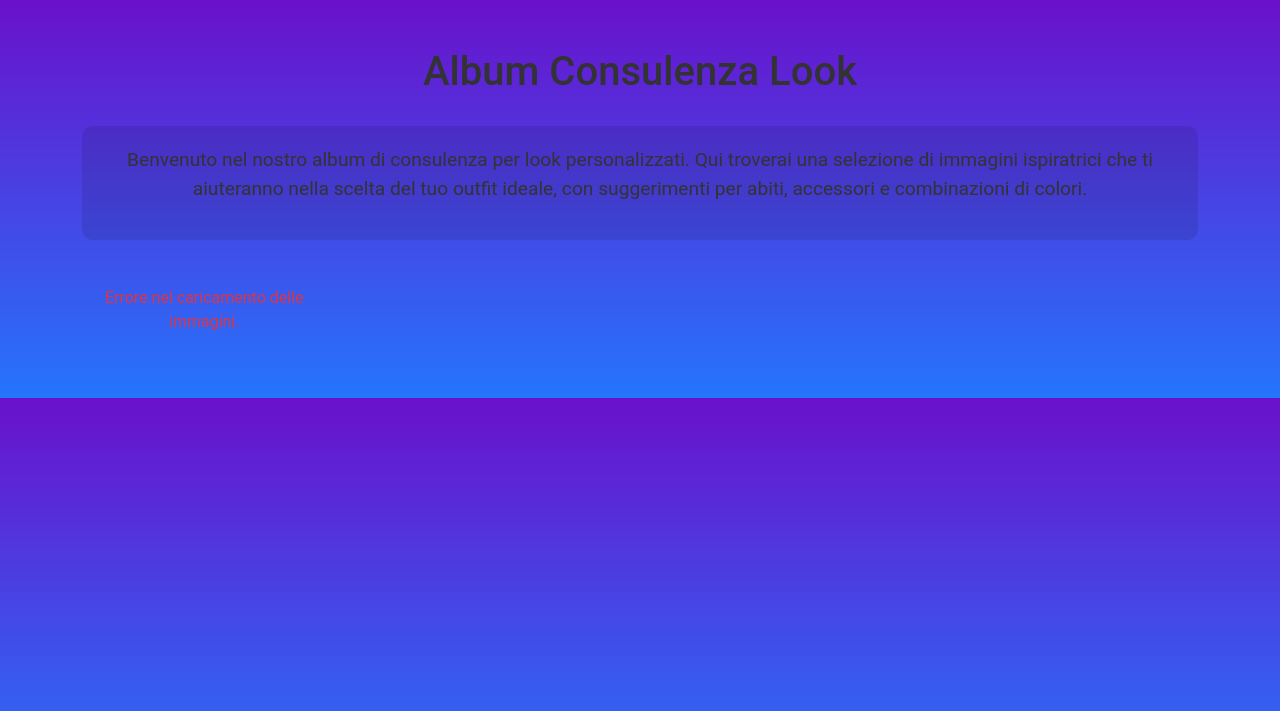
Repository: Probyte5D/Armocromia-website
Page: album.html
These files come from the project's save history. The page is drawn as it stood at one moment and after the next save; the edit follows.
The browser window is 1280 px wide. The pictures show the whole page.
The page's requests for data from a server got no answer.

Above is the page before, as saved 2025-04-18 21:48:24.

### album.html
<!DOCTYPE html>
<html lang="it">
<head>
  <meta charset="UTF-8">
  <meta name="viewport" content="width=device-width, initial-scale=1.0">
  <title>Album Consulenza Look</title>
  <link href="https://cdn.jsdelivr.net/npm/bootstrap@5.1.0/dist/css/bootstrap.min.css" rel="stylesheet">
  <!-- CSS personalizzato -->
  <link rel="stylesheet" href="album.css" />
</head>
<body>
  <div class="container py-5">
    <!-- Titolo principale dell'album -->
    <h1 class="text-center mb-4">Album Consulenza Look</h1>

    <!-- Descrizione dell'album -->
    <div class="album-description">
      <p>Benvenuto nel nostro album di consulenza per look personalizzati. Qui troverai una selezione di immagini ispiratrici che ti aiuteranno nella scelta del tuo outfit ideale, con suggerimenti per abiti, accessori e combinazioni di colori.</p>
    </div>

    <!-- Contenitore delle immagini -->
    <div id="lookAlbum" class="row g-3">
      <!-- Le immagini verranno caricate dinamicamente qui -->
    </div>
  </div>

  <script src="https://cdn.jsdelivr.net/npm/bootstrap@5.1.0/dist/js/bootstrap.bundle.min.js"></script>
  <script src="album.js"></script>
</body>
</html>

### album.css
/* Impostiamo il background con un gradiente leggero e font di base */
body {
  background: linear-gradient(to bottom, #6a11cb, #2575fc); /* Gradiente viola/blu elegante */
  font-family: 'Roboto', sans-serif;  /* Font moderno */

  color: #333;
}

/* Layout per il contenitore delle immagini */
#lookAlbum {
  display: grid;
  grid-template-columns: repeat(4, 1fr); /* 4 immagini per riga */
  gap: 30px;  /* Spazio maggiore tra le immagini */
  margin-top: 30px;
}

/* Card immagine, posizione relativa per caption */
.album-item {
  position: relative;
  overflow: hidden;
  border-radius: 10px;
  box-shadow: 0 4px 15px rgba(0, 0, 0, 0.1);
  background-color: white;
  height: 400px;  /* Aumentato l'altezza per immagini più grandi */
  width: 300px;
}

/* Immagini più grandi con altezza automatica per mantenere il rapporto */
.album-item img {
  width: 100%;
  height: 100%;
  object-fit: cover;  /* Assicura che l'immagine riempi il contenitore senza distorsioni */
  object-position: center;  /* Centra l'immagine se è più grande del contenitore */
  transition: transform 0.3s ease-in-out;
}

/* Effetto hover per ingrandire l'immagine */
.album-item:hover img {
  transform: scale(1.1); /* Ingrandisce l'immagine al passaggio del mouse */
}

/* Caption sovrapposta sopra l'immagine */
.album-item .caption {
  position: absolute;
  bottom: 0;
  left: 0;
  right: 0;
  padding: 15px;
  background: rgba(0, 0, 0, 0.5);
  color: white;
  text-align: center;
  font-size: 1.2rem;
  font-weight: bold;
}

/* Sezione di descrizione dell'album */
.album-description {
  text-align: center;
  padding: 20px;
  background-color: rgba(0, 0, 0, 0.1);
  border-radius: 10px;
  margin-top: 30px;
  font-size: 1.2rem;
}

/* Responsività per schermi più piccoli */
@media (max-width: 768px) {
  #lookAlbum {
    grid-template-columns: 1fr 1fr;  /* 2 immagini per riga su schermi medi */
  }
}

@media (max-width: 480px) {
  #lookAlbum {
    grid-template-columns: 1fr;  /* 1 immagine per riga su schermi piccoli */
  }
}

### album.js

    const API_KEY = '1J5XZG6HEjef4TKrOiBtmHWoMJVdLRUIxplL9GJzFHBeI64zgRPny53m';
    const query = 'fashion look';  // Modifica la query per altre immagini

    // Carica le immagini
    fetch(`https://api.pexels.com/v1/search?query=${encodeURIComponent(query)}&per_page=52`, {
      headers: { Authorization: API_KEY }
    })
    .then(r => r.json())
    .then(data => {
      const row = document.getElementById('lookAlbum');
      if (data && data.photos) {
        data.photos.forEach(photo => {
          const col = document.createElement('div');
          col.className = 'col-6 col-md-4';
          col.innerHTML = `
            <img src="${photo.src.medium}" class="img-fluid rounded shadow-sm" alt="${photo.photographer}" title="Ph: ${photo.photographer}">
          `;
          row.appendChild(col);
        });
      } else {
        row.innerHTML = '<p class="text-danger text-center">Nessuna immagine trovata per questa ricerca.</p>';
      }
    })
    .catch(err => {
      console.error(err);
      const row = document.getElementById('lookAlbum');
      row.innerHTML = '<p class="text-danger text-center">Errore nel caricamento delle immagini.</p>';
    });

After the next save:
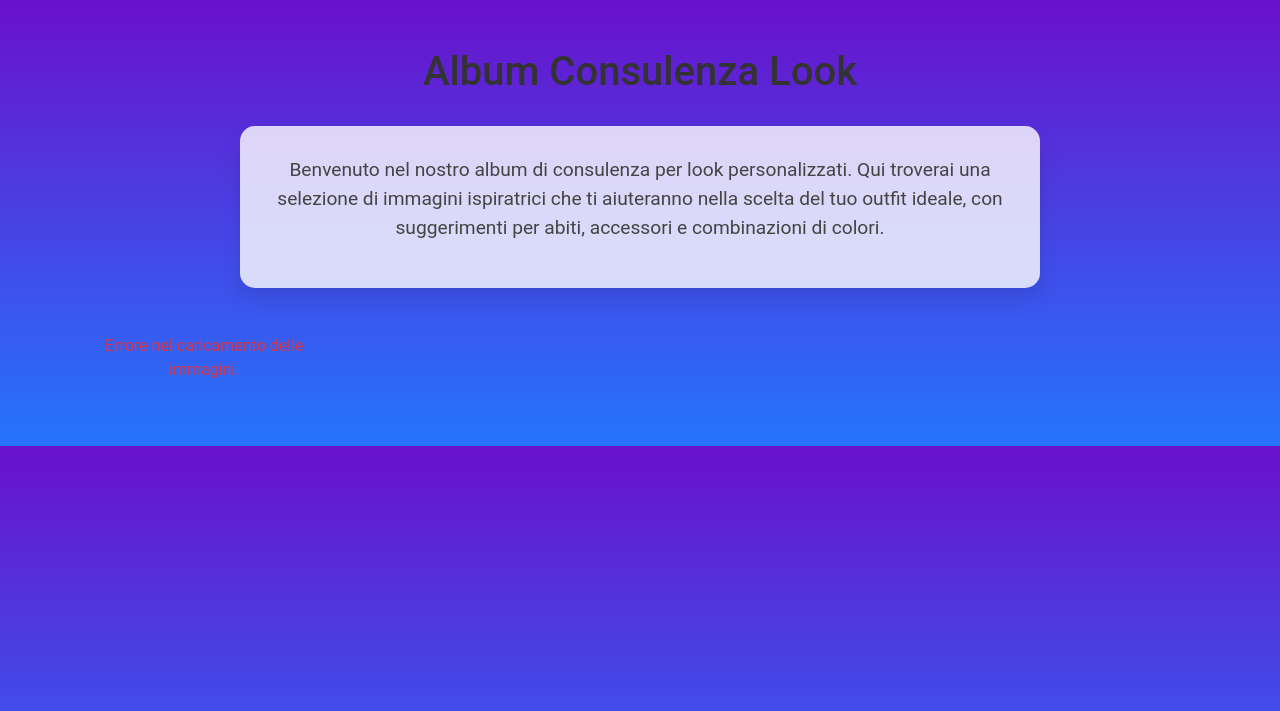
Saved 40 s later.
--- a/album.css
+++ b/album.css
@@ -1,9 +1,11 @@
-/* Impostiamo il background con un gradiente leggero e font di base */
+/* Impostiamo il background con un gradiente elegante e font moderno */
 body {
   background: linear-gradient(to bottom, #6a11cb, #2575fc); /* Gradiente viola/blu elegante */
   font-family: 'Roboto', sans-serif;  /* Font moderno */
-
   color: #333;
+  margin: 0;
+  padding: 0;
+  box-sizing: border-box;
 }
 
 /* Layout per il contenitore delle immagini */
@@ -18,11 +20,11 @@ body {
 .album-item {
   position: relative;
   overflow: hidden;
-  border-radius: 10px;
-  box-shadow: 0 4px 15px rgba(0, 0, 0, 0.1);
+  border-radius: 15px;  /* Bordo arrotondato per un effetto più morbido */
+  box-shadow: 0 10px 20px rgba(0, 0, 0, 0.15);  /* Ombra morbida e moderna */
   background-color: white;
   height: 400px;  /* Aumentato l'altezza per immagini più grandi */
-  width: 300px;
+  transition: transform 0.3s ease-out;  /* Transizione per effetto hover */
 }
 
 /* Immagini più grandi con altezza automatica per mantenere il rapporto */
@@ -36,31 +38,37 @@ body {
 
 /* Effetto hover per ingrandire l'immagine */
 .album-item:hover img {
-  transform: scale(1.1); /* Ingrandisce l'immagine al passaggio del mouse */
+  transform: scale(1.05);  /* Ingrandisce l'immagine leggermente al passaggio del mouse */
 }
 
-/* Caption sovrapposta sopra l'immagine */
+/* Caption sovrapposta sopra l'immagine con stile moderno */
 .album-item .caption {
   position: absolute;
   bottom: 0;
   left: 0;
   right: 0;
-  padding: 15px;
-  background: rgba(0, 0, 0, 0.5);
+  padding: 20px;
+  background: rgba(0, 0, 0, 0.6);  /* Sfondo semitrasparente */
   color: white;
   text-align: center;
   font-size: 1.2rem;
   font-weight: bold;
+  border-radius: 15px 15px 0 0;  /* Bordo arrotondato superiore per la caption */
 }
 
-/* Sezione di descrizione dell'album */
+/* Sezione di descrizione dell'album con uno stile moderno */
 .album-description {
   text-align: center;
-  padding: 20px;
-  background-color: rgba(0, 0, 0, 0.1);
-  border-radius: 10px;
+  padding: 30px;
+  background-color: rgba(255, 255, 255, 0.8);  /* Sfondo semitrasparente bianco */
+  border-radius: 15px;
   margin-top: 30px;
   font-size: 1.2rem;
+  color: #444;
+  box-shadow: 0 10px 20px rgba(0, 0, 0, 0.1);  /* Leggera ombra per separare la sezione */
+  max-width: 800px;
+  margin-left: auto;
+  margin-right: auto;
 }
 
 /* Responsività per schermi più piccoli */
